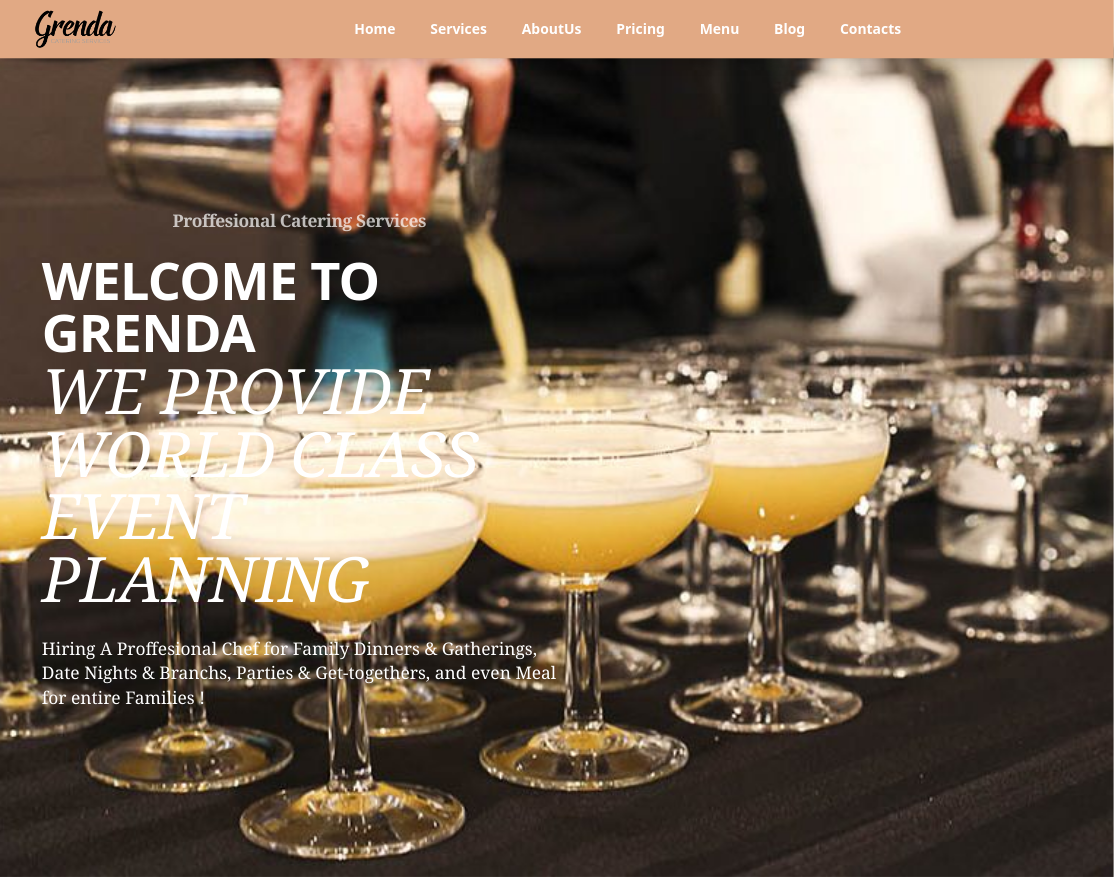
Repository: remydev47/grandes-events
Page: /
The author's editor kept a copy of each file at every save. The page is drawn from the files as they stood at one save, then again after the next save.
The browser window is 1280 px wide. The pictures show the part of the page from y = 0 to 1240 px (the page is 1008 px tall before and 1556 px after), at 87% of full size.
Pictures or frames that could not be fetched are drawn as grey boxes. The project was rebuilt for these pictures with package versions that can differ from the ones it lists, and the page was loaded fresh each time. Also part of the build but not shown: vite.config.js.

Above is the page before, as saved 2023-02-08 15:17:59.

After the next save:
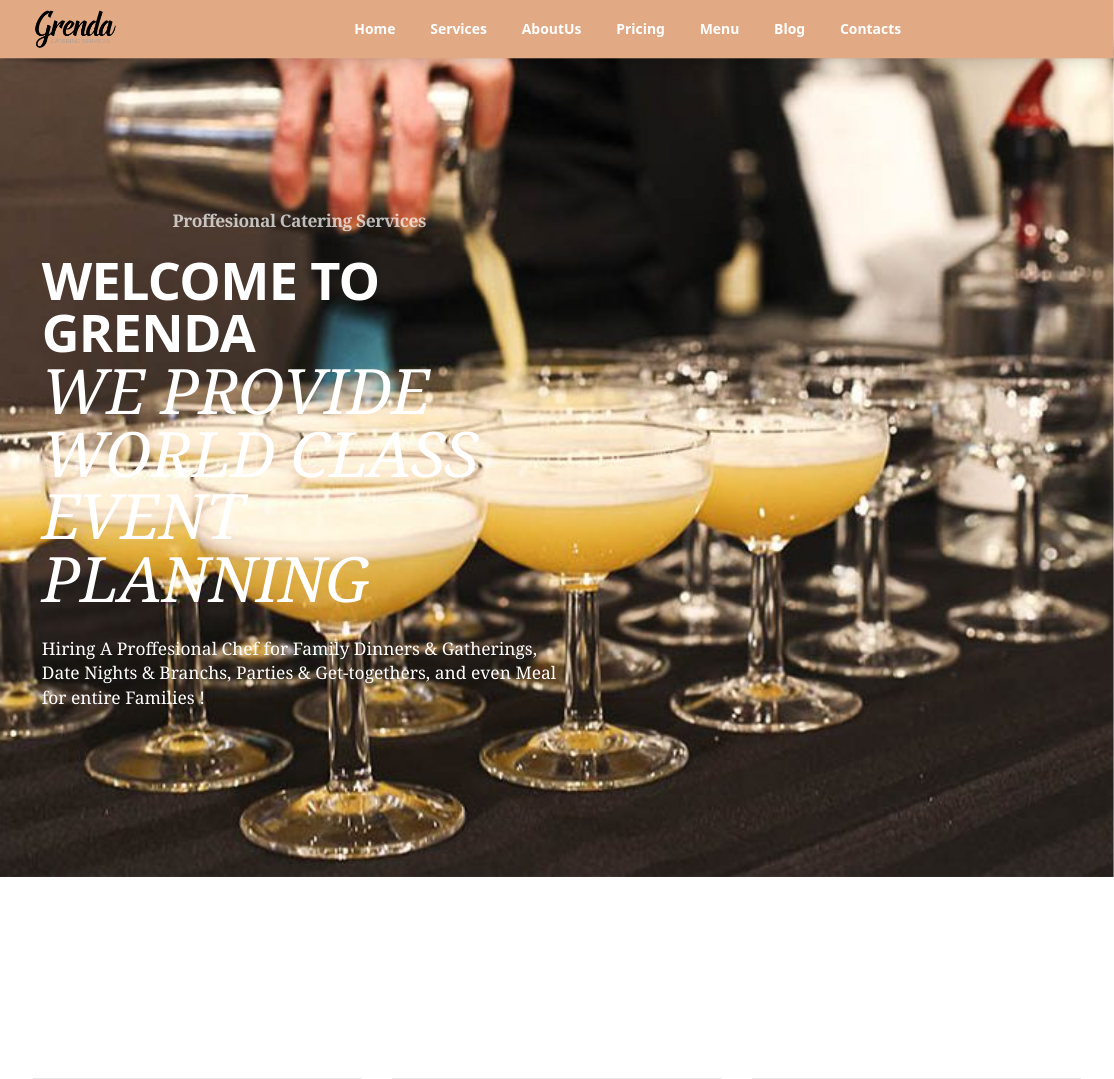
Saved 11 s later.
--- a/src/App.jsx
+++ b/src/App.jsx
@@ -2,6 +2,7 @@ import { useState } from 'react'
 import reactLogo from './assets/react.svg'
 import Hero from './components/Hero'
 import Navbar from './components/Navbar'
+import Services from './components/Services'
 
 function App() {
   const [count, setCount] = useState(0)
@@ -10,6 +11,7 @@ function App() {
    <div>
       <Navbar />
       <Hero />
+      <Services />
    </div>
   )
 }
